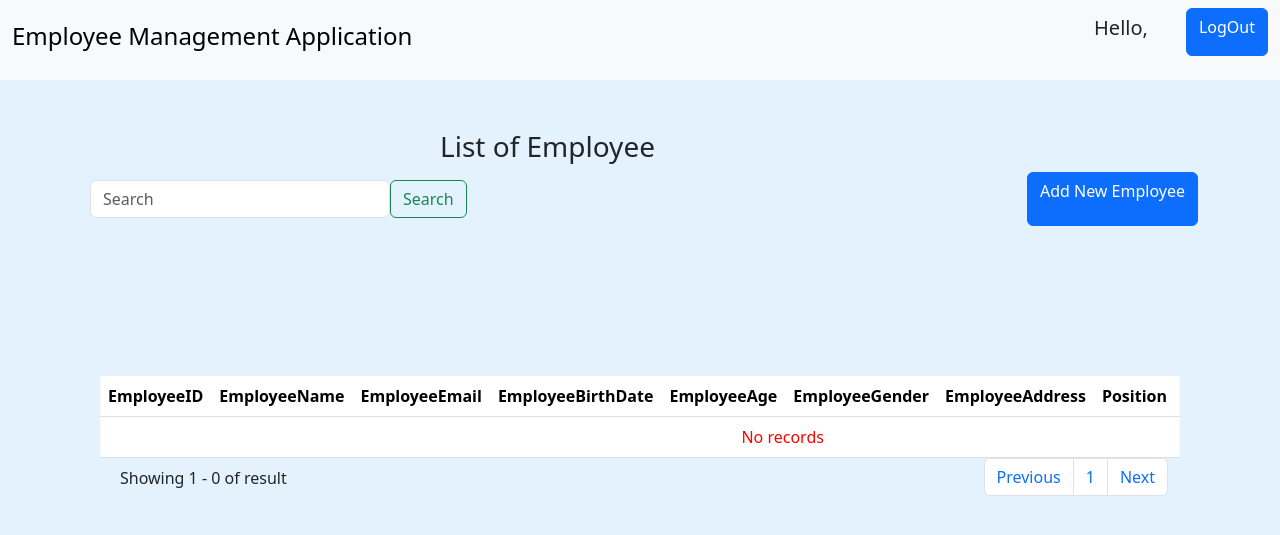
Repository: tranhuuan1703/BaiTapServlet
Page: http://localhost/bai_tap_jsp_servlet/views/Home.jsp
An editor plug-in stored every save of this project. The page is shown before and after the next save, followed by the edit.
The browser window is 1280 px wide. The pictures show the whole page.
The page is served by Tomcat 9. The template is opened directly, without the code that normally fills it, so the values that code supplies are empty.

Above is the page before, as saved 2024-08-12 04:09:47.

After the next save:
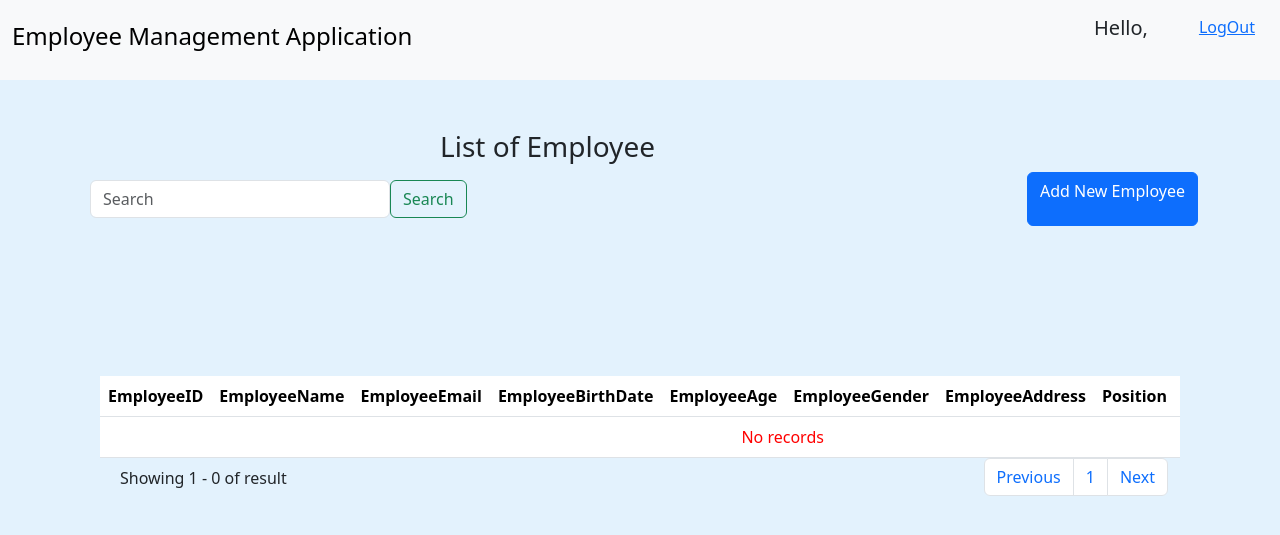
Saved 2 h 23 min later.
--- a/bai_tap_jsp_servlet/bai_tap_jsp_servlet/src/main/webapp/views/Home.jsp
+++ b/bai_tap_jsp_servlet/bai_tap_jsp_servlet/src/main/webapp/views/Home.jsp
@@ -78,7 +78,7 @@
             <ul class="d-flex" role="search">
                <h5 class="p-2 bg-light text-center">Hello, ${nameAdmin}</h5>
                <!--  class="p-2 bg-light text-center" -->
-               <a href="logout" class="btn btn-primary" style="margin-left:30px;">LogOut</a>
+               <a href="logout" class="btn btn-link" style="margin-left:30px;">LogOut</a>
             </ul>
          </div>
       </div>
